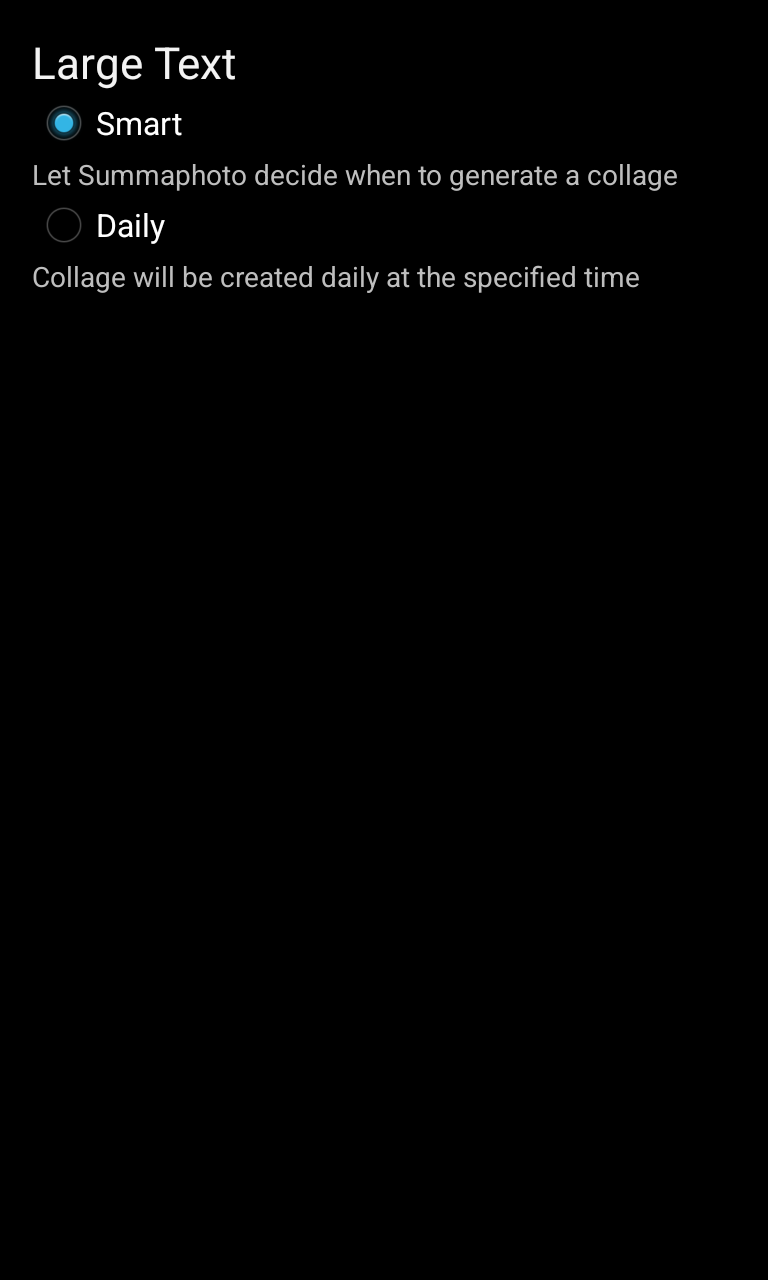
Repository: ulugbekjs/SummaPhoto
Layout: Workshop/res/layout/activity_settings.xml
The author's editor kept a copy of each file at every save. The layout is drawn from the files as they stood at one save, then again after the next save.
It is drawn on a 768 x 1280 px phone screen (xhdpi) without system bars, with theme SummaPhotoTheme; the app's code is not run.

Above is the layout before, as saved 2013-08-12 11:58:27.

After the next save:
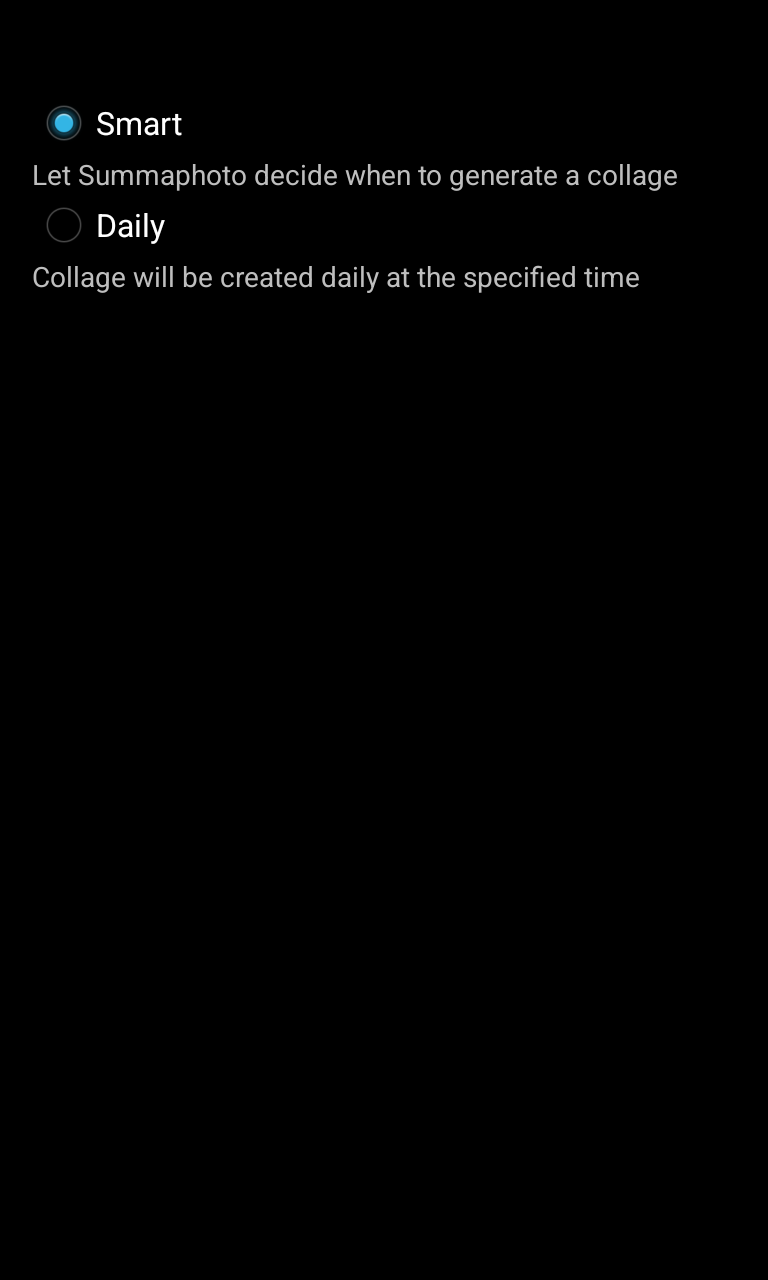
Saved 18 s later.
--- a/Workshop/res/layout/activity_settings.xml
+++ b/Workshop/res/layout/activity_settings.xml
@@ -17,9 +17,6 @@
         android:id="@+id/textView1"
         android:layout_width="wrap_content"
         android:layout_height="wrap_content"
-        android:layout_alignLeft="@+id/radioMode"
-        android:layout_alignParentTop="true"
-        android:text="Large Text"
         android:textAppearance="?android:attr/textAppearanceLarge" />
 
 

After the save that followed:
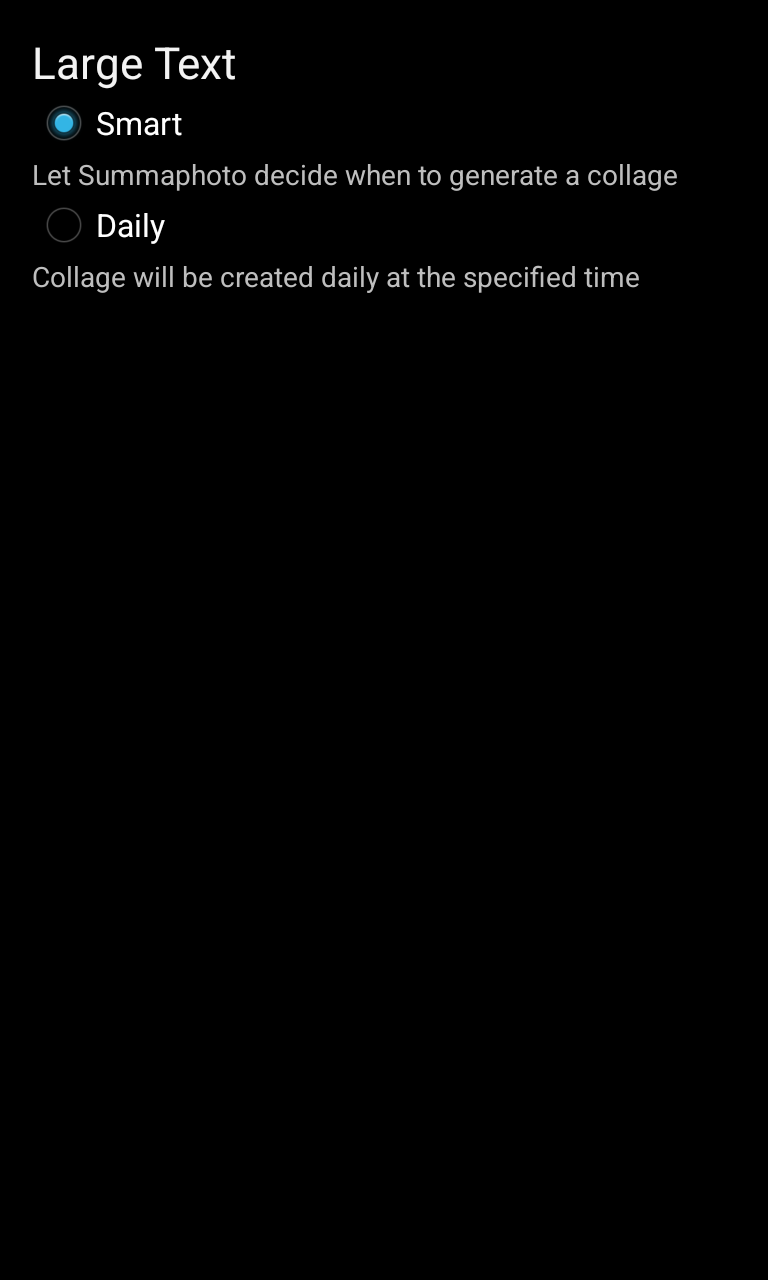
Saved 6 s later.
--- a/Workshop/res/layout/activity_settings.xml
+++ b/Workshop/res/layout/activity_settings.xml
@@ -17,6 +17,7 @@
         android:id="@+id/textView1"
         android:layout_width="wrap_content"
         android:layout_height="wrap_content"
+        android:text="Large Text"
         android:textAppearance="?android:attr/textAppearanceLarge" />
 
 
